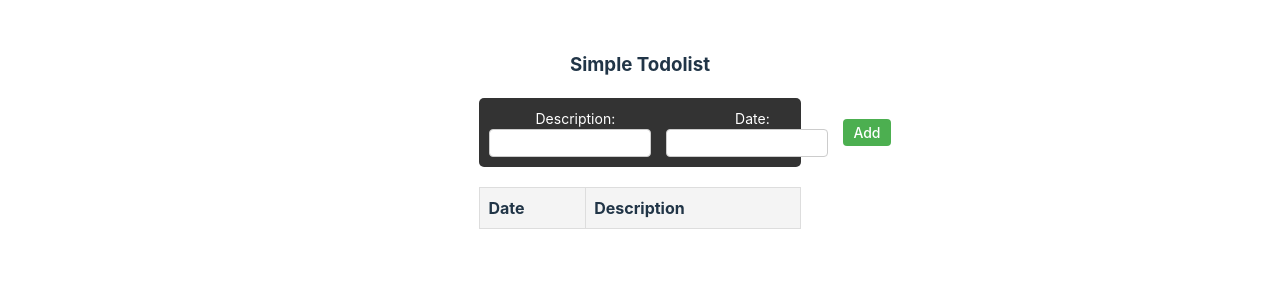
Repository: Aminul-Islam85/Todolist-with-delete
Page: /
The author's editor kept a copy of each file at every save. The page is drawn from the files as they stood at one save, then again after the next save.
The browser window is 1280 px wide. The pictures show the whole page.
The project was rebuilt for these pictures with package versions that can differ from the ones it lists, and the page was loaded fresh each time. Also part of the build but not shown: vite.config.js.

Above is the page before, as saved 2024-09-16 23:46:04.

After the next save:
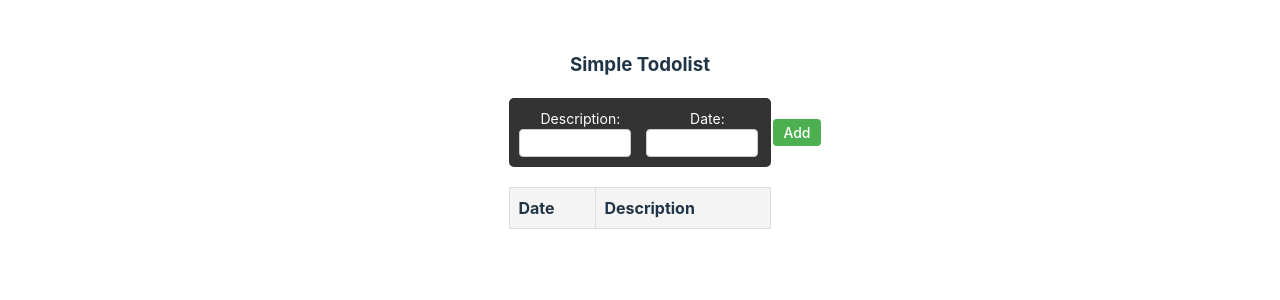
Saved 8 min 43 s later.
--- a/src/App.css
+++ b/src/App.css
@@ -70,7 +70,7 @@ label {
   border: 1px solid #ccc;
   border-radius: 4px;
   font-size: 14px;
-  width: 150px;
+  width: 100px;
   margin-right: 10px;
 }
 
